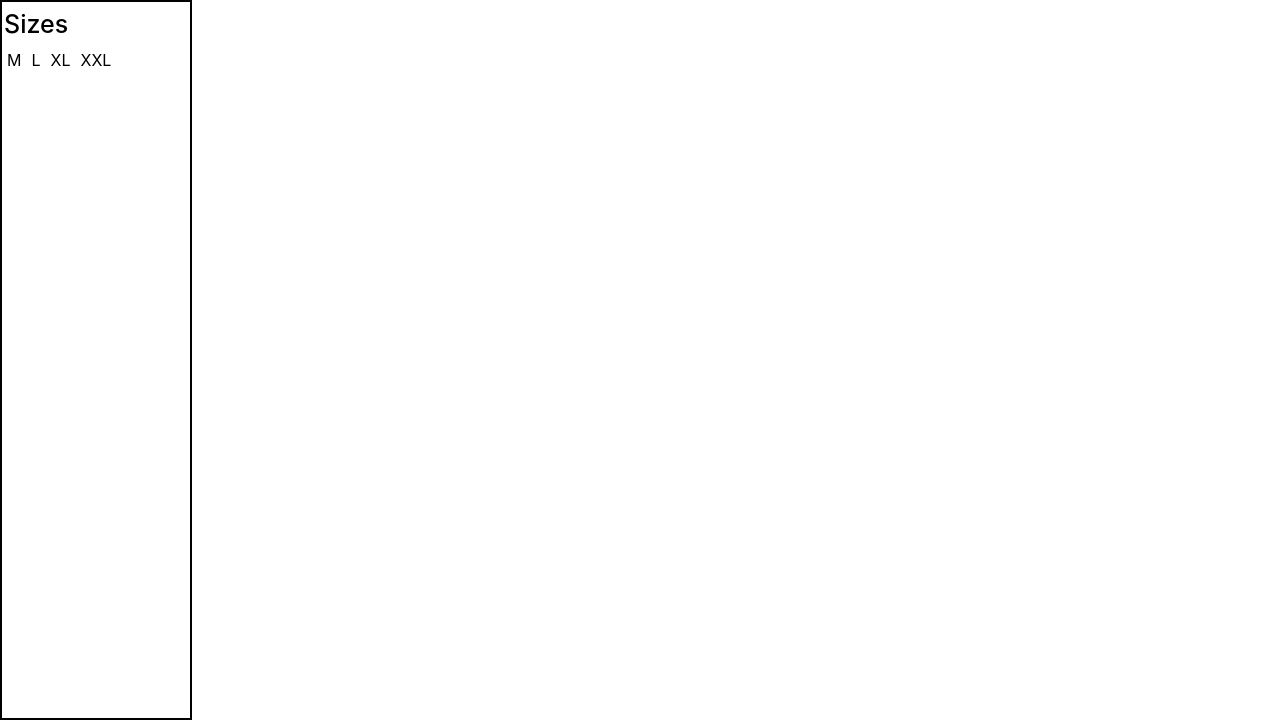
Repository: 0584386177/GiuaKyReactJs
Page: /
These files come from the project's save history. The page is drawn as it stood at one moment and after a run of saves; the edit follows.
The browser window is 1280 px wide. The pictures show the whole page.
The page's requests for data from a server got no answer. The project was rebuilt for these pictures with package versions that can differ from the ones it lists, and the page was loaded fresh each time. No one was signed in, and anything a server would have sent is missing.

Above is the page before, as saved 2023-10-16 14:46:32.

### src/index.css
body {
  margin: 0;
  font-family: -apple-system, BlinkMacSystemFont, 'Segoe UI', 'Roboto', 'Oxygen',
    'Ubuntu', 'Cantarell', 'Fira Sans', 'Droid Sans', 'Helvetica Neue',
    sans-serif;
  -webkit-font-smoothing: antialiased;
  -moz-osx-font-smoothing: grayscale;
}

code {
  font-family: source-code-pro, Menlo, Monaco, Consolas, 'Courier New',
    monospace;
}

*,
*:before,
*:after {
  box-sizing: border-box;
}
* {
  margin: 0;
  padding: 0;
  font: inherit;
}
img,
picture,
svg,
video {
  display: block;
  max-width: 100%;
}
input,
select,
textarea {
  background-color: transparent;
  outline: none;
}
button {
  cursor: pointer;
  background-color: transparent;
  outline: none;
  border: 0;
}
body {
  min-height: 100vh;
  font-weight: 400;
  font-size: 16px;
  line-height: 1;
}

### src/App.js
import React from 'react';
import Page from "./components/Page";
import styled from 'styled-components';
const AppWrapper = styled.div`
  width: 100%;
  height: 100%;
`
const App = () => {
  return (
    <AppWrapper>
      <Page>

      </Page>

    </AppWrapper>
  );
};

export default App;

### src/components/Page.jsx
import React, { useEffect } from 'react';
import Sizes from "./Sizes"
const api = "http://localhost:3000/products";
const getProducts = async ()=>{
    const response = await fetch(api);
    const data = await response.json();
    console.log(data);
}
const Page = () => {
    useEffect(()=>{
        getProducts();
    },[])
    return (
        <div>
            <Sizes/>
        </div>
    );
};

export default Page;

### src/components/Sizes.jsx
import React from 'react';
import styled from 'styled-components';
 const SizesWrapper = styled.div`
    width: 15%;
    height: 100vh;
    border: 2px solid black;
`
const SizesTitle = styled.h3`
    font-weight: 500;
    font-size: 25px;
    padding: 10px 2px;
`
const SizesButton = styled.button`
    padding: 5px;

`
const Sizes = () => {

    return (
        <SizesWrapper>
            <SizesTitle>Sizes</SizesTitle>
            <SizesButton>M</SizesButton>
            <SizesButton>L</SizesButton>
            <SizesButton>XL</SizesButton>
            <SizesButton>XXL</SizesButton>
        </SizesWrapper>
    );
};

export default Sizes;

Loaded but not shown: public/index.html (common file); src/index.js (common file); src/reportWebVitals.js (common file)

After the next 2 saves:
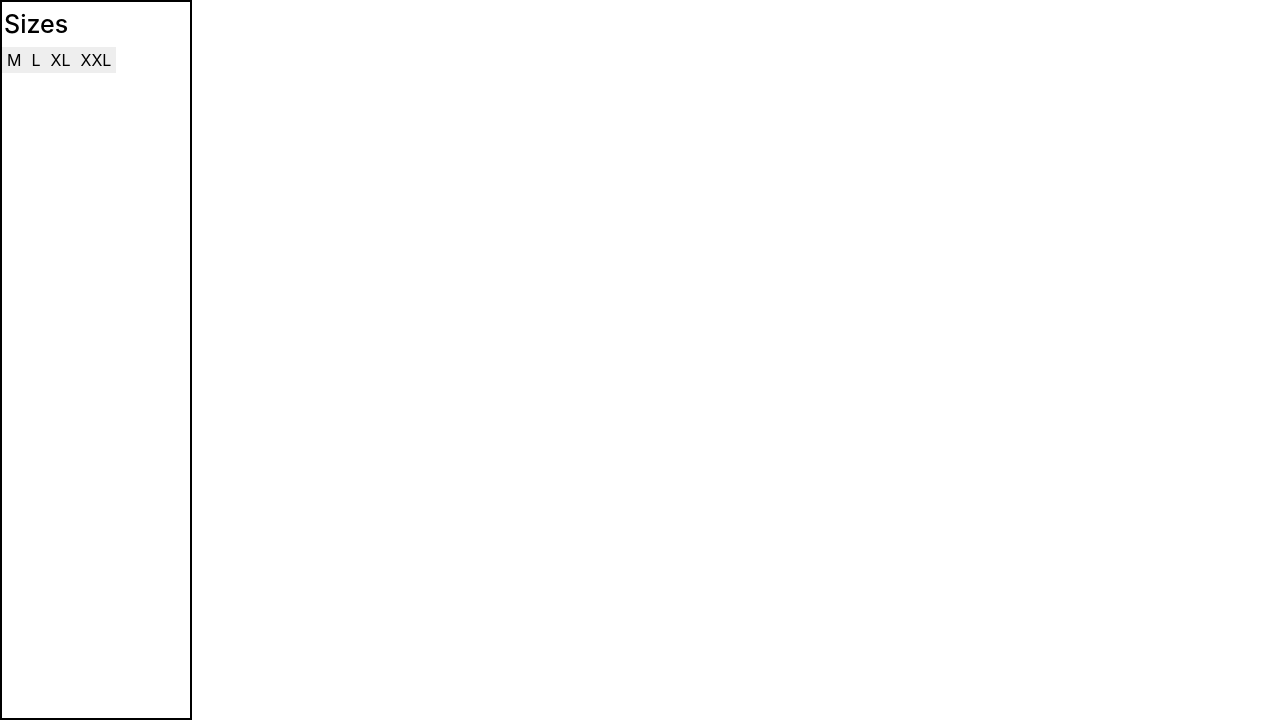
The 2 saves are shown as one change because they came seconds apart.
The last was saved 12 s later.
--- a/src/components/Sizes.jsx
+++ b/src/components/Sizes.jsx
@@ -12,7 +12,7 @@ const SizesTitle = styled.h3`
 `
 const SizesButton = styled.button`
     padding: 5px;
-
+    background: #eee;
 `
 const Sizes = () => {
 
